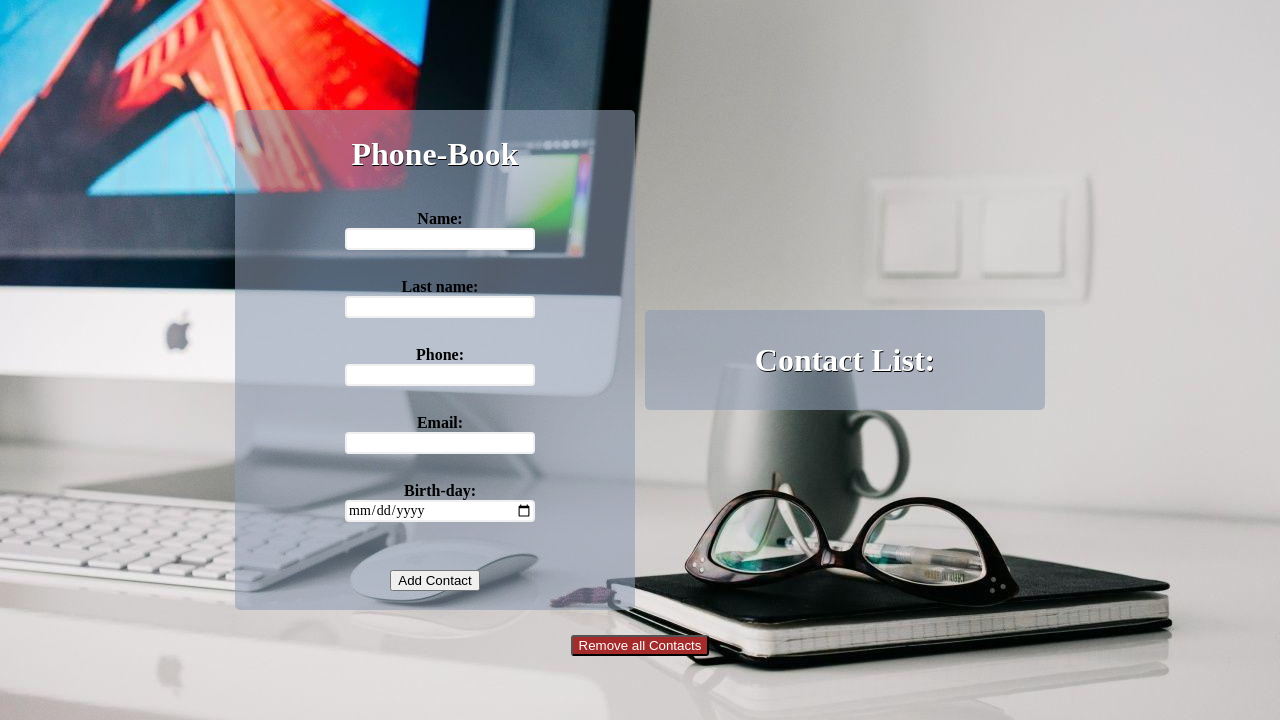
Repository: STA1357/Phone-book
Page: Inner.html
These files come from the project's save history. The page is drawn as it stood at one moment and after the next save; the edit follows.
The browser window is 1280 px wide. The pictures show the whole page.

Above is the page before, as saved 2020-12-12 13:59:03.

### Inner.html
<!DOCTYPE html>
<html lang="en">
<head>
    <meta charset="UTF-8">
    <meta name="viewport" content="width=device-width, initial-scale=1.0">
    <title>Phone Book</title>
    <link rel="stylesheet" href="./styles.css">
    <script src="./app.js"></script>
</head>
<body>
    <form action="#" method="POST" id="form" class="form">

        <header>
            <div class="header-title">
                <h1>Phone-Book</h1>
            </div>
        </header>

        <main>
            <div class="container">

                <div class="form-control">
                <label for="name">Name:</label>
                <input type="text" class="form-input" id="nameInput">
                <small>Field is required</small>
                </div>

                <div class="form-control">
                <label for="lname">Last name:</label>
                <input type="text" class="form-input" id="lnameInput">
                <small>Field is required</small>
                </div>

                <div class="form-control">
                <label for="tel">Phone:</label>
                <input type="text" class="form-input" id="telInput" class="tellinput">
                <small>Field is required</small>
                </div>


                <div class="form-control">
                <label for="email">Email:</label>
                <input type="email" class="form-input" id="emailInput">
                <small>Field is required</small>
                </div>


                <div class="form-control">
                <label for="birthname">Birth-day:</label>
                <input type="date" class="form-input" id="birthInput">
                <small>Field is required</small>
                </div>

            </div>

        </main>

        <div class="btn">
        <button type="submit" id="btnAdd">Add Contact</button>
    </div>
    </form>
<div class="list-container">
    <h2 class="listTitle">Contact List:</h2>
    <ul id="users"></ul>
</div>

<div class="clearBook">
    <button id="clearBookBtn" class="clearBookBtn" onclick="removeAll()">Remove all Contacts</button>
</div>

</body>
</html>

### styles.css
*{
    box-sizing: border-box;

}

body{
    display: flex;
    flex-direction: row;
    align-items: center;
    justify-content: center;
    min-height: 100vh;
    margin: 0;
    background: url("./wp3990421-office-wallpapers.jpg") no-repeat fixed center center;
    background-size: cover;
}

.header-title{
    color: white;
    text-shadow: 0.5px 0.5px black;
}

form{
    max-height: 500px;
    background-color: rgba(144, 156, 179, 0.589);
    width: 400px;
    max-width: 100%;
    margin-right: 10px;
    text-align: center;
    border-radius: 5px;
    position: relative;
}

main{
    margin-left: 25%;
}

.container{
    text-align: center;
    display: block;
    width: 70%;
}

.list-container{
    background-color: rgba(144, 156, 179, 0.589);
    width: 400px;
    max-width: 100%;
    page-break-after: 30px 40px;
    border-radius: 5px;
    max-height: 500px;
    overflow: auto;
}

.listTitle{
    color: white;
    text-shadow: 0.7px 0.7px black;
    font-size: 32px;
}

.titleLi{
    color: rgb(190, 14, 14);
    text-shadow: 0.5px 0.5px black;
    font-size: 22px;
}

.infoList{
    color: black;
    font-size: 18px;
}

h2{
    text-align: center;
}

label{
    font-weight: bold;
}

.form-control input {
	border: 2px solid #f0f0f0;
	border-radius: 4px;
	display: block;
	font-family: inherit;
	font-size: 14px;

	width: 100%;
}








.btn{
    padding: 20px 0;
}


.selected{
    background-color: skyblue;
    color: black;
    text-shadow: 0.5px 0.5px grey;
}

.deleteBtn::before{
    color: brown;
    content: "delete";
    font-weight: bold;
}

.deleteAll::before{
    color: brown;
    content: "delete";
}

div{
    padding: 5px;
}

li{
    font-weight: bold;
    font-style: italic;
}

.clearBook{
    display: block;
    position: fixed;

}

.clearBookBtn{
    margin-top: 570px;
    background-color: brown;
    color: white;
    border-radius: 3px;
}

.form-control.success input{
    border-color: rgb(18, 206, 18);
}

.form-control.error input{
    border-color: rgb(224, 68, 68);
}


.form-control small {
	color: rgb(224, 68, 68);
	bottom: 0;
	left: 0;
	visibility: hidden;
}

.form-control.error small{
    visibility: visible;
}

.active {
    background-color: gray;
}

### app.js


window.onload = function() {
    const localKey = 'contactsCollection';
    const form = document.querySelector('form');
    const list = document.getElementById('users');
    const userName = document.getElementById('nameInput');
    const userLname = document.getElementById('lnameInput');
    const userTel = document.getElementById('telInput');
    const userEmail = document.getElementById('emailInput');
    const userBirth = document.getElementById('birthInput');

    let contactsList = getContacts();
    let activeContact = {};

    generateContactList();
    //validation
    form.addEventListener('submit', (e) => {
        e.preventDefault();
        if (validateForm()) {
            const contact = {
                id: Object.keys(activeContact).length ? activeContact.id : getId(),
                name: userName.value,
                lastName: userLname.value,
                phone: userTel.value,
                mail: userEmail.value,
                birthDay: userBirth.value
            }
            if (Object.keys(activeContact).length) {
                updateContact(contact);
                setActiveContact({});
            } else {
                recordContact(contact);
            }
        }
    })

    function setErrorFor (input) {
        const formControl = input.parentElement;
        formControl.classList.add("error");
    }

    function removeError(input) {
        const formControl = input.parentElement;
        formControl.classList.remove("error");
    }

    function isValidField(field) {
        const valid = !!field.value.trim();
        if (!valid) {
            setErrorFor(field);
        } else {
            removeError(field);
        }
        return valid;
    }

    function validateForm() {
        const validateFields = document.querySelectorAll('.form-input');
        const validFields = [];
        validateFields.forEach(field => validFields.push(isValidField(field)));
        return !validFields.some(valid => !valid);
    }

    function getContacts() {
        const res = localStorage.getItem(localKey);
        return res ? JSON.parse(res) : [];
    }

    function setToStorage(data) {
        localStorage.setItem(localKey, data);
    }

    function updateContactList(newList) {
        const string = JSON.stringify(newList);
        contactsList = newList;
        setToStorage(string);
        generateContactList();
    }

    function recordContact(newContact) {
        updateContactList([...contactsList, newContact])
    }

    function updateContact(newData) {
        contactsList = contactsList.map(contact => contact.id === newData.id ? newData : contact);
        updateContactList(contactsList);
    }

    function deleteContact(removeId) {
        contactsList = contactsList.filter(({ id }) => id !== removeId);
        updateContactList(contactsList);
    }

    function switchSaveButton() {

    }

    function setActiveContact(contact) {
        activeContact = contact;
        const contacts = document.querySelectorAll('.contact-item');
        const { id = "", name = "", lastName = "", phone = "", mail = "", birthDay = "" } = contact;
            contacts.forEach((contact) => {
                if (contact.id === `contact-${id}`) {
                    contact.classList.add('active');
                } else {
                    contact.classList.remove('active');
                }
            })
            userName.value = name;
            userLname.value = lastName;
            userTel.value = phone;
            userEmail.value = mail;
            userBirth.value = birthDay;
    }

    function generateContactList() {
        const fragment = document.createDocumentFragment();
        contactsList.forEach((contact) => {
            const { id, name, lastName, phone, mail, birthDay } = contact;
            const container = document.createElement('div');

            container.onclick = () => setActiveContact(contact);
            container.id = `contact-${id}`;
            container.className = 'contact-item';
            const title = document.createElement('li');
            title.className = 'titleLi'
            title.innerText = `${name} ${lastName}`;

            const infoList = document.createElement('b');
            infoList.className = 'infoList'
            infoList.innerText = `${phone}
            ${mail}
            ${birthDay}`;
            // phonesList.innerText = phones.join(' ');
            container.appendChild(title);
            container.appendChild(infoList);
            const deleteBtn = document.createElement('button');
            deleteBtn.className = 'deleteBtn'
            container.appendChild(deleteBtn);
            deleteBtn.addEventListener('mousedown', function (e) {
                e.preventDefault();
            })
            fragment.appendChild(container);

            deleteBtn.addEventListener('click', function (e) {
                deleteContact(id);
            })
            document.getElementById('nameInput').value = "";
            document.getElementById('lnameInput').value = "";
            document.getElementById('telInput').value = "";
            document.getElementById('emailInput').value = "";
            document.getElementById('birthInput').value = "";
        });


        list.innerHTML = '';
        list.appendChild(fragment);


    }

    function getId() {
        return '_' + Math.random().toString(36).substr(2, 9);
    };
}

function removeAll(){
    if(window.confirm("This action will remove all contacts. Are you sure?")){
        window.localStorage.clear();
        document.location.reload();
    }
}


function newFunction() {
    return document.getElementById('contactsCount');
}
//function move_up() {
//document.getElementById('list-container').scrollTop += 10;
//}

//function move_down() {
//document.getElementById('list-container').scrollTop -= 10;
//}

// const form = document.querySelector('form')
// const list = document.getElementById('users')
// const userName = document.getElementById('nameInput')
// const userLname = document.getElementById('lnameInput')
// const userTel = document.getElementById('telInput')
// const userEmail = document.getElementById('emailInput')
// const userBirth = document.getElementById('birthInput')
// const entry = document.createElement('li')


// function addUser() {
//     const list = document.getElementById('users')
//     const userName = document.getElementById('nameInput')
//     const userLname = document.getElementById('lnameInput')
//     const userTel = document.getElementById('telInput')
//     const userEmail = document.getElementById('emailInput')
//     const userBirth = document.getElementById('birthInput')
//     const entry = document.createElement('li')
//     entry.appendChild(document.createTextNode(userName.value + ' ' + userLname.value + ' '
//     + userTel.value + ' ' + userEmail.value + ' ' + userBirth.value))
//     list.appendChild(entry)
//     return false

// }

// let bookContacts = [];

// const addContacts = (ev) => {
//     ev.preventDefault();
//     let contact = {
//         name: document.getElementById('nameInput').value,
//         lname: userLname.value,
//         tel: userTel.value,
//         email: userEmail.value,
//         birthday: userBirth.value
//     }
//     bookContacts.push(contact);
//     document.forms[0].reset();
// }
// document.addEventListener('DomContentLoad', () =>{
//     document.getElementById('btnAdd').addEventListener('click',addContacts)
// })
// console.log(bookContacts);




/*class Person{
    constructor(options){
        this.name = options.name
        this.lname = options.lname
        this.tel = options.tel
        this.email = options.email
        this.birthday = options.birthday
    }
}

class User extends Person{
    static type = "User"
}

const user = new User({
    name: "",
    lname: "",
    tel: "",
    email:"",
    birthday:""
})


localStorage.setItem('userInfo', JSON.stringify(user));




const raw = localStorage.getItem('userInfo')
const userInfo = JSON.parse(raw)
userInfo.name = 'Maxim'

console.log(userInfo);*/

After the next save:
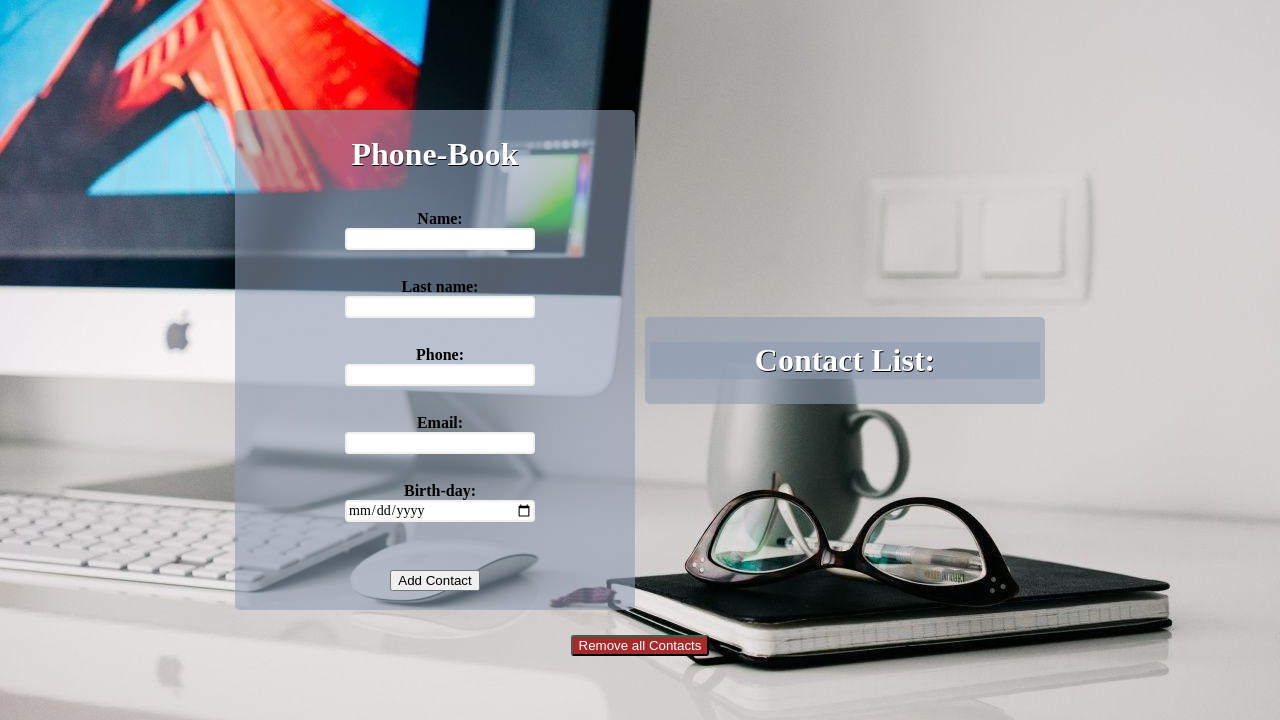
Saved 3 min 8 s later.
--- a/styles.css
+++ b/styles.css
@@ -54,6 +54,11 @@ main{
     color: white;
     text-shadow: 0.7px 0.7px black;
     font-size: 32px;
+    margin-top: 20px;
+    margin-bottom: 20px;
+    position: sticky;
+    top: 20px;
+    background-color: rgba(144, 156, 179, 0.589);
 }
 
 .titleLi{
